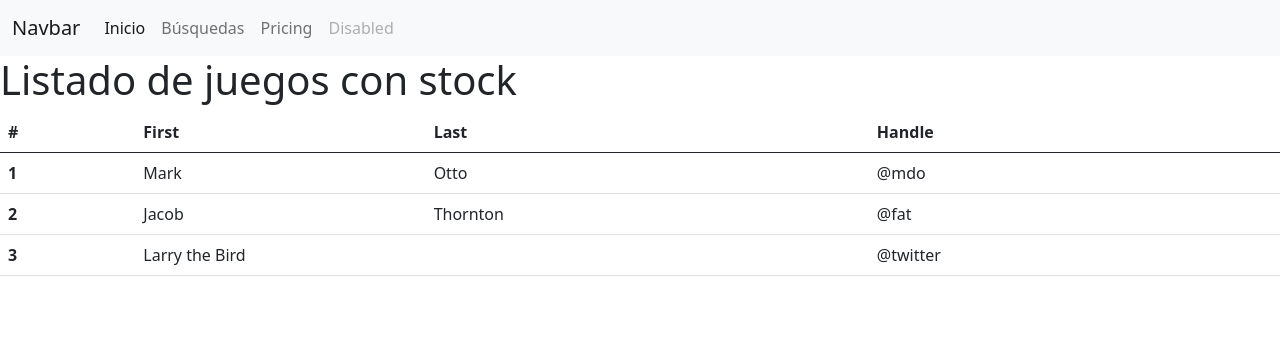
Repository: jose-269/32bits-4
Page: /busquedas
The author's editor kept a copy of each file at every save. The page is drawn from the files as they stood at one save, then again after the next save.
The browser window is 1280 px wide. The pictures show the whole page.
The project was rebuilt for these pictures with package versions that can differ from the ones it lists, and the page was loaded fresh each time. Also part of the build but not shown: src/views/Home.vue.

Above is the page before, as saved 2021-04-28 00:05:01.

### public/index.html
<!DOCTYPE html>
<html lang="">
  <head>
    <meta charset="utf-8" />
    <meta http-equiv="X-UA-Compatible" content="IE=edge" />
    <meta name="viewport" content="width=device-width,initial-scale=1.0" />
    <link rel="icon" href="<%= BASE_URL %>favicon.ico" />
    <title><%= htmlWebpackPlugin.options.title %></title>
    <link
      href="https://cdn.jsdelivr.net/npm/bootstrap@5.0.0-beta3/dist/css/bootstrap.min.css"
      rel="stylesheet"
      integrity="sha384-eOJMYsd53ii+scO/bJGFsiCZc+5NDVN2yr8+0RDqr0Ql0h+rP48ckxlpbzKgwra6"
      crossorigin="anonymous"
    />
  </head>
  <body>
    <noscript>
      <strong
        >We're sorry but <%= htmlWebpackPlugin.options.title %> doesn't work
        properly without JavaScript enabled. Please enable it to
        continue.</strong
      >
    </noscript>
    <div id="app"></div>
    <!-- built files will be auto injected -->
    <script
      src="https://cdn.jsdelivr.net/npm/bootstrap@5.0.0-beta3/dist/js/bootstrap.bundle.min.js"
      integrity="sha384-JEW9xMcG8R+pH31jmWH6WWP0WintQrMb4s7ZOdauHnUtxwoG2vI5DkLtS3qm9Ekf"
      crossorigin="anonymous"
    ></script>
  </body>
</html>

### src/App.vue
<template>
  <div id="app">
    <Nav />
    <router-view />
  </div>
</template>
<script>
import Nav from "@/components/Nav.vue"
export default {
  name: "App",
  components: {
    Nav,
  },
}
</script>

### src/router/index.js
import Vue from "vue";
import VueRouter from "vue-router";
import Home from "../views/Home.vue";

Vue.use(VueRouter);

const routes = [
  {
    path: "/",
    name: "Home",
    component: Home,
  },
  {
    path: "/busquedas",
    name: "Busquedas",
    // route level code-splitting
    // this generates a separate chunk (about.[hash].js) for this route
    // which is lazy-loaded when the route is visited.
    component: () =>
      import(/* webpackChunkName: "about" */ "../views/Busquedas.vue"),
  },
];

const router = new VueRouter({
  mode: "history",
  base: process.env.BASE_URL,
  routes,
});

export default router;

### src/components/Nav.vue
<template>
  <nav class="navbar navbar-expand-lg navbar-light bg-light">
    <div class="container-fluid">
      <a class="navbar-brand" href="#">Navbar</a>
      <button
        class="navbar-toggler"
        type="button"
        data-bs-toggle="collapse"
        data-bs-target="#navbarNav"
        aria-controls="navbarNav"
        aria-expanded="false"
        aria-label="Toggle navigation"
      >
        <span class="navbar-toggler-icon"></span>
      </button>
      <div class="collapse navbar-collapse" id="navbarNav">
        <ul class="navbar-nav">
          <li class="nav-item">
            <router-link
              class="nav-link active"
              aria-current="page"
              :to="{ name: 'Home' }"
              >Inicio</router-link
            >
          </li>
          <li class="nav-item">
            <router-link class="nav-link" :to="{ name: 'Busquedas' }"
              >Búsquedas</router-link
            >
          </li>
          <li class="nav-item">
            <a class="nav-link" href="#">Pricing</a>
          </li>
          <li class="nav-item">
            <a
              class="nav-link disabled"
              href="#"
              tabindex="-1"
              aria-disabled="true"
              >Disabled</a
            >
          </li>
        </ul>
      </div>
    </div>
  </nav>
</template>

<script>
export default {
  name: "Nav",
};
</script>

<style></style>

### src/views/Busquedas.vue
<template>
  <div>
    <h1>Listado de juegos con stock</h1>
    <container>
      <row>
        <col-12>
          <TablaJuegos />
        </col-12>
      </row>
    </container>
  </div>
</template>
<script>
import TablaJuegos from "@/components/TablaJuegos.vue";
export default {
  name: "Busquedas",
  components: {
    TablaJuegos,
  },
};
</script>

### src/components/TablaJuegos.vue
<template>
  <table class="table">
    <thead>
      <tr>
        <th scope="col">#</th>
        <th scope="col">First</th>
        <th scope="col">Last</th>
        <th scope="col">Handle</th>
      </tr>
    </thead>
    <tbody>
      <tr>
        <th scope="row">1</th>
        <td>Mark</td>
        <td>Otto</td>
        <td>@mdo</td>
      </tr>
      <tr>
        <th scope="row">2</th>
        <td>Jacob</td>
        <td>Thornton</td>
        <td>@fat</td>
      </tr>
      <tr>
        <th scope="row">3</th>
        <td colspan="2">Larry the Bird</td>
        <td>@twitter</td>
      </tr>
    </tbody>
  </table>
</template>

<script>
export default {
  name: "TablaJuegos",
};
</script>

Loaded but not shown: src/main.js (common file); src/store/index.js (common file)

After the next save:
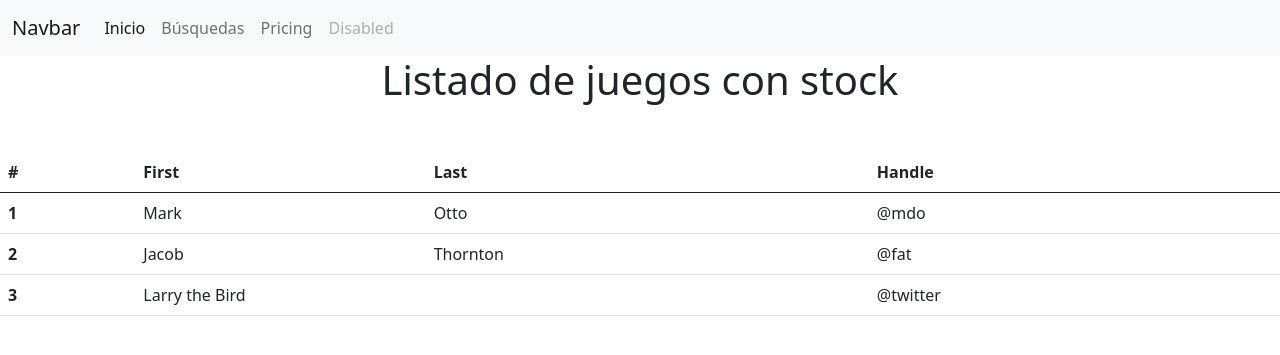
Saved 59 s later.
--- a/src/views/Busquedas.vue
+++ b/src/views/Busquedas.vue
@@ -1,6 +1,6 @@
 <template>
   <div>
-    <h1>Listado de juegos con stock</h1>
+    <h1 class="text-center mb-5">Listado de juegos con stock</h1>
     <container>
       <row>
         <col-12>
